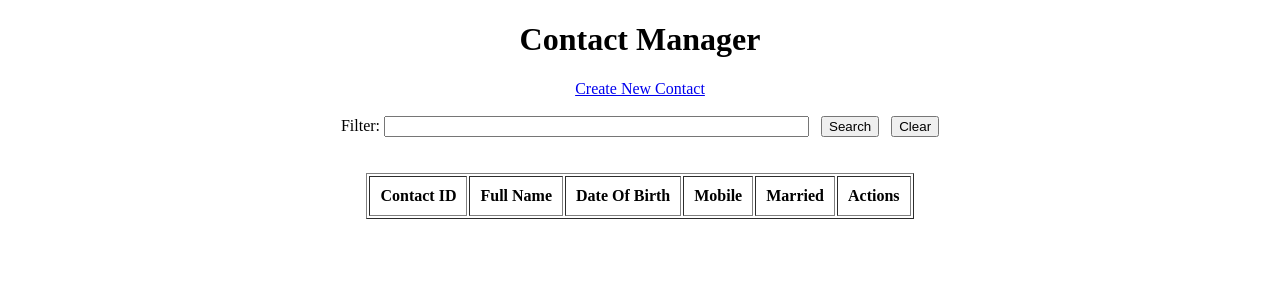
Repository: Amir-Git7861/hibernate1
Page: http://localhost/index
These files come from the project's save history. The page is drawn as it stood at one moment and after the next save; the edit follows.
The browser window is 1280 px wide. The pictures show the whole page.
The page is this project's Thymeleaf template; nobody is signed in. The template is opened directly, without the code that normally fills it, so the values that code supplies are empty.

Above is the page before, as saved 2020-10-13 20:33:01.

### cms-spring-web-data-bootstrap-Thymleaf/src/main/resources/templates/index.html
<!DOCTYPE html>
<html xmlns:th="http://www.thymeleaf.org">
<head>
<meta charset="ISO-8859-1">
<title>CMS</title>
</head>
<body>
 <div align="center">

	<h1>Contact Manager</h1>



	<a href="new">Create New Contact</a>
	<br/><br/>

	<form th:action="@{/}">
		Filter: <input type="text" name="keyword" id="keyword" size="50" th:value="${keyword}" required />
		&nbsp;
		<input type="submit" value="Search" />
		&nbsp;
		<input type="button" value="Clear" id="btnClear" onclick="clearSearch()" />
	</form>
	<br/><br/>

	<table border="1" cellpadding="10">
		<thead>
			<tr>
				<th>Contact ID</th>
				<th>Full Name</th>
				<th>Date Of Birth</th>
				<th>Mobile</th>
				<th>Married</th>

				<th>Actions</th>
			</tr>
		</thead>
		<tbody>
			<tr th:each="contact : ${listContacts}">
				<td th:text="${contact.contactId}">Contact ID</td>
				<td th:text="${contact.fullName}">Full Name</td>
				<td th:text="${contact.dateOfBirth">DOB</td>
				<td th:text="${contact.mobile}">Mobile</td>
				<td th:text="${contact.married}">Married</td>
				<td>
					<a th:href="@{'/edit/' + ${contact.id}}">Edit</a>
					&nbsp;&nbsp;&nbsp;&nbsp;
					<a th:href="@{'/delete/' + ${contact.id}}">Delete</a>
				</td>
			</tr>
		</tbody>
	</table>
</div>
<script type="text/javascript">
	function clearSearch() {
		window.location = "[[@{/}]]";
	}
</script>
</body>
</html>

### cms-spring-web-data-bootstrap-Thymleaf/src/main/resources/static/style.css
*{
    box-sizing: border-box;
    margin: 0;
    padding: 0;
    text-decoration: none;
}
body {
    font-family: 'Poppins' , sans-serif;
}
.nav-bar {
    display: flex;
    justify-content: space-between;
    align-items: center;
    padding: 0 20px;
    background: rgb(54,54,54);
}
.logo i {
    font-size: 50px;
    color: #fff;
}
.nav-items {
    display: flex;
    align-items: center;
}
.nav-items a {
    color: #fff;
    display: inline-block;
    margin-left: 20px;
    transition: 0.15s ease;
}
.nav-items a:hover {
    color: rgb(211,211,211);
}
a.signUpBtn {
    background: rgb(19,211,192);
    border-radius: 20px;
    padding: 5px 20px;
    transition: 0.15s ease;
}
a.signUpBtn:hover {
    color: #fff;
    background: rgb(34,196,176);
}

After the next save:
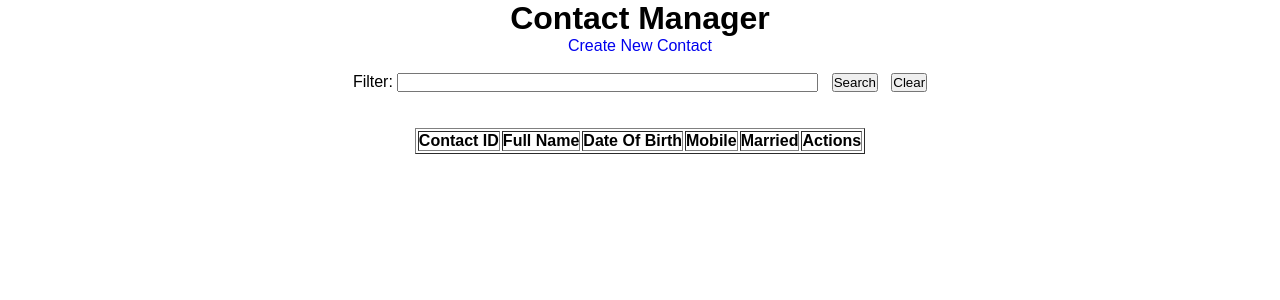
Saved 59 s later.
--- a/cms-spring-web-data-bootstrap-Thymleaf/src/main/resources/templates/index.html
+++ b/cms-spring-web-data-bootstrap-Thymleaf/src/main/resources/templates/index.html
@@ -9,7 +9,8 @@
 
 	<h1>Contact Manager</h1>
 
-
+	<link rel="stylesheet" href="./style.css">
+    <link rel="stylesheet" href="https://cdnjs.cloudflare.com/ajax/libs/font-awesome/5.15.1/css/all.min.css" />
 
 	<a href="new">Create New Contact</a>
 	<br/><br/>
